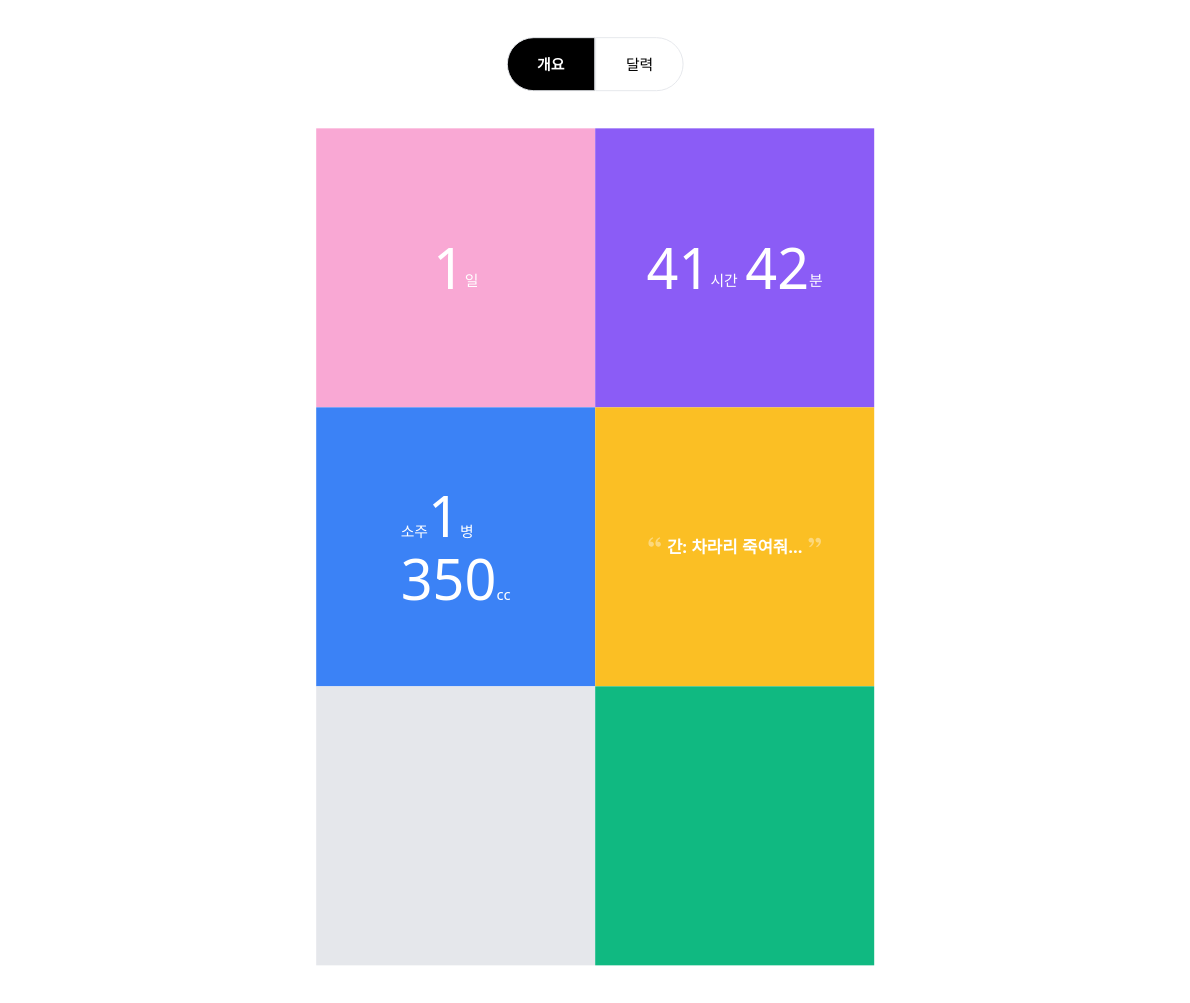
Repository: honey-punch/my-alcohol
Page: /
These files come from the project's save history. The page is drawn as it stood at one moment and after the next save; the edit follows.
The browser window is 1280 px wide. The pictures show the whole page, at 93% of full size.
The project was rebuilt for these pictures with package versions that can differ from the ones it lists, and the page was loaded fresh each time. The framework's server and built-in components were replaced by stand-ins that run in the browser. Also part of the build but not shown: next.config.ts, src/app/_component/Calendar.tsx.

Above is the page before, as saved 2025-02-10 16:25:21.

After the next save:
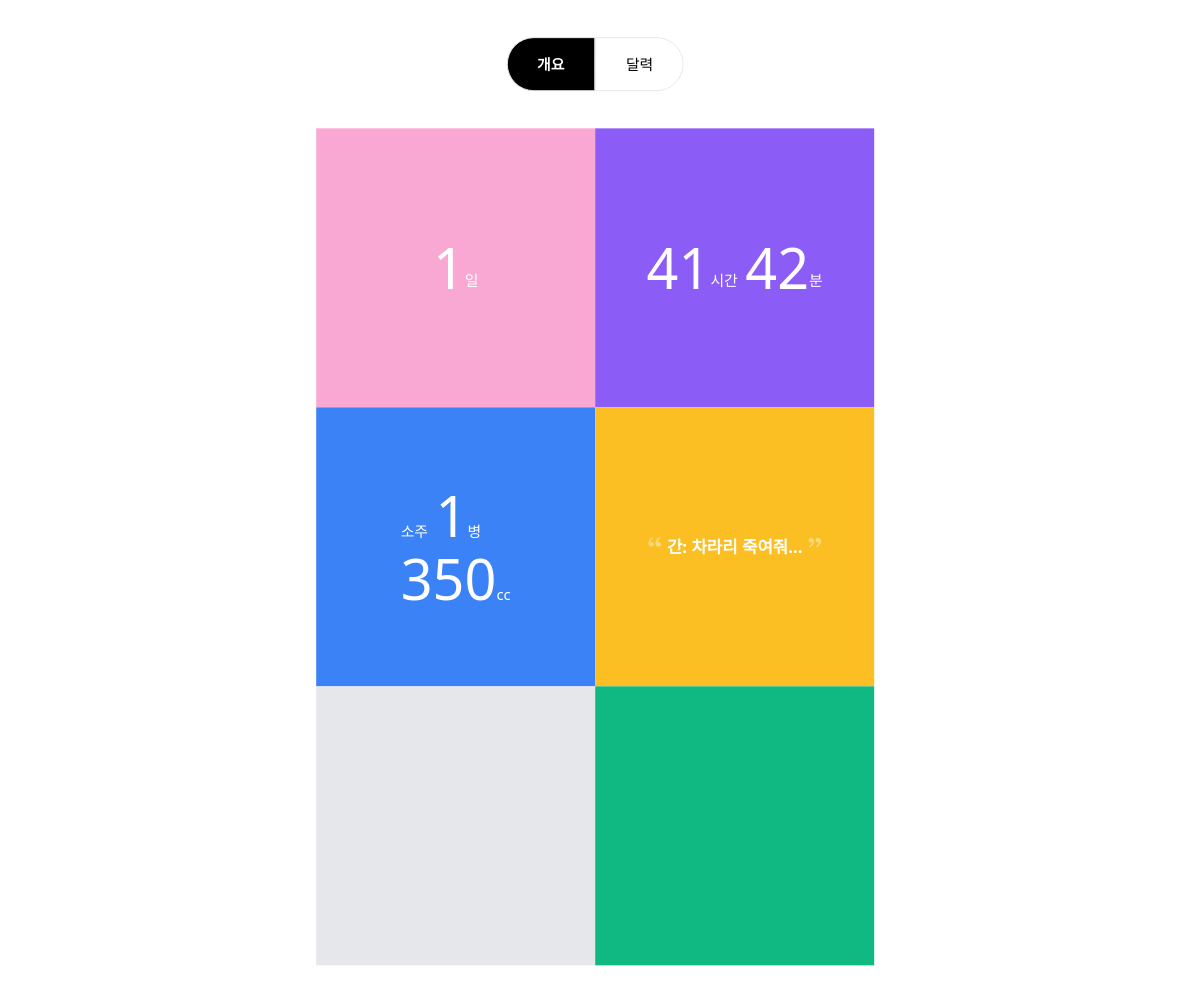
Saved 12 s later.
--- a/src/app/_component/Summary.tsx
+++ b/src/app/_component/Summary.tsx
@@ -67,7 +67,7 @@
       >
         <div className="flex flex-col gap-2">
           <div>
-            <span className="mt-7">소주</span>
+            <span className="mt-7 mr-2">소주</span>
             <span className="text-6xl">{ex.soju}</span>
             <span className="mt-7">병</span>
           </div>
